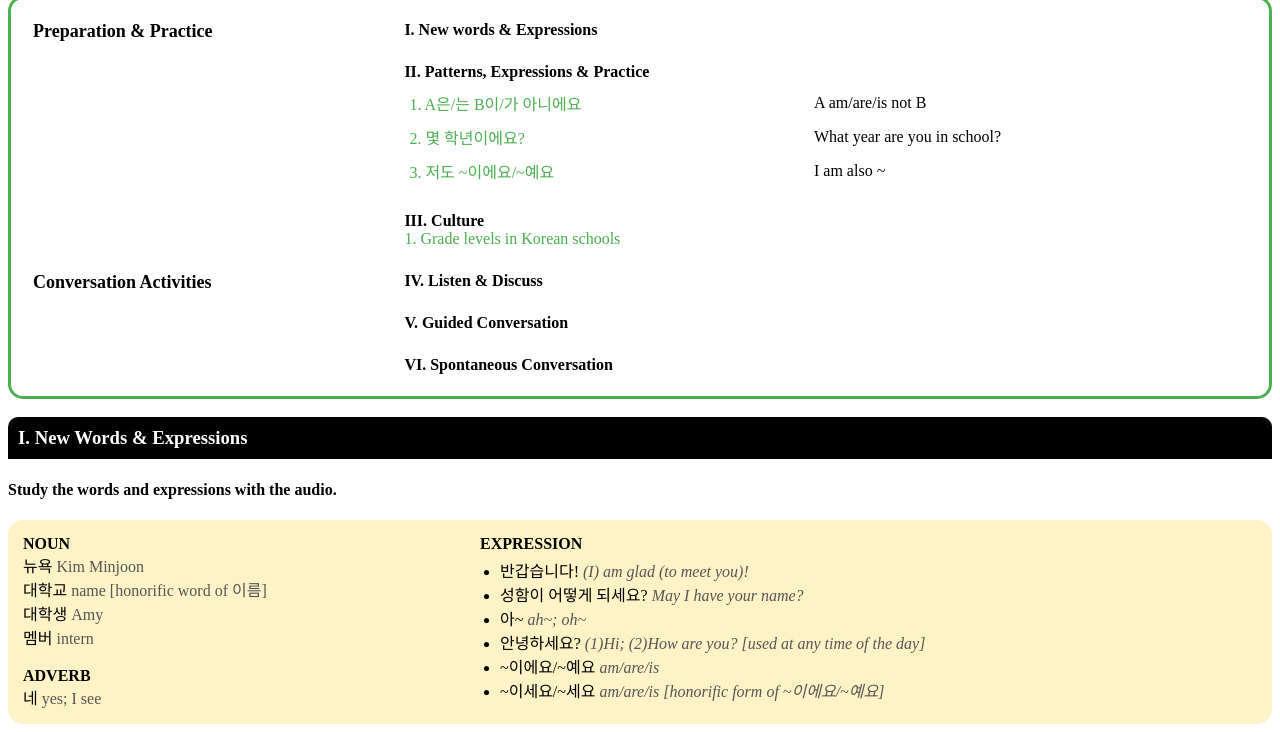
Repository: elliehong89/pineapple-content
Page: 1.anytimekorea/chap3/섹션1~3.html
The author's editor kept a copy of each file at every save. The page is drawn from the files as they stood at one save, then again after the next save.
The browser window is 1280 px wide. The pictures show the part of the page from y = 416 to 1268 px (the page is 1148 px tall before and 1268 px after).
A picture or video elsewhere on the page could not be fetched, so the positions and the page height are approximate.

Above is the page before, as saved 2025-02-19 16:36:15.

After the next save:
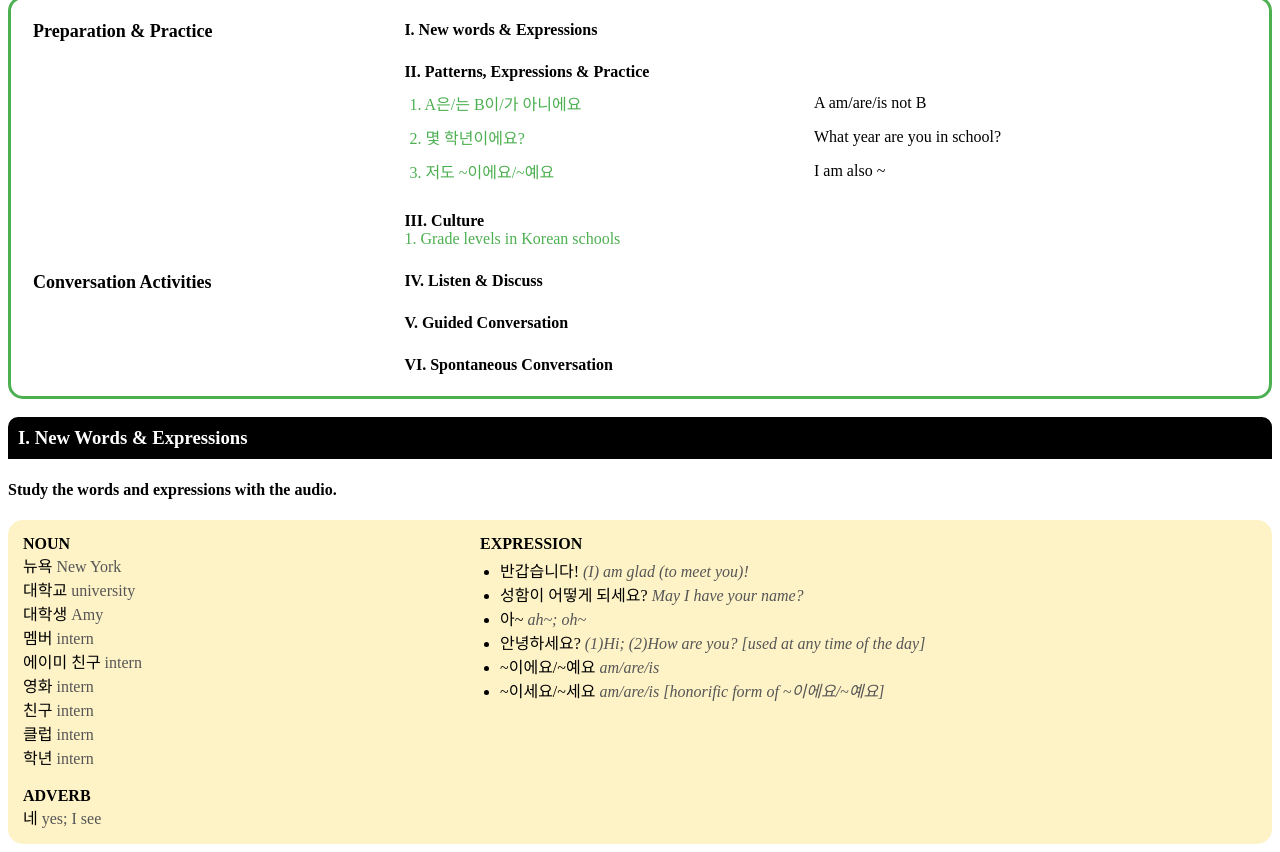
Saved 26 min 49 s later.
--- a/1.anytimekorea/chap3/섹션1~3.html
+++ b/1.anytimekorea/chap3/섹션1~3.html
@@ -60,10 +60,15 @@
     <div style="display: flex; gap: 20px;">
         <div style="width: 36%;">
             <div><strong>NOUN</strong></div>
-            <div>뉴욕 <span style="color: #555;">Kim Minjoon</span></div>
-            <div>대학교 <span style="color: #555;">name [honorific word of 이름]</span></div>
+            <div>뉴욕 <span style="color: #555;">New York</span></div>
+            <div>대학교 <span style="color: #555;">university</span></div>
             <div>대학생 <span style="color: #555;">Amy</span></div>
             <div>멤버 <span style="color: #555;">intern</span></div>
+            <div>에이미 친구 <span style="color: #555;">intern</span></div>
+            <div>영화 <span style="color: #555;">intern</span></div>
+            <div>친구 <span style="color: #555;">intern</span></div>
+            <div>클럽 <span style="color: #555;">intern</span></div>
+            <div>학년 <span style="color: #555;">intern</span></div>
             <br>
             <div><strong>ADVERB</strong></div>
             <div>네 <span style="color: #555;">yes; I see</span></div>
